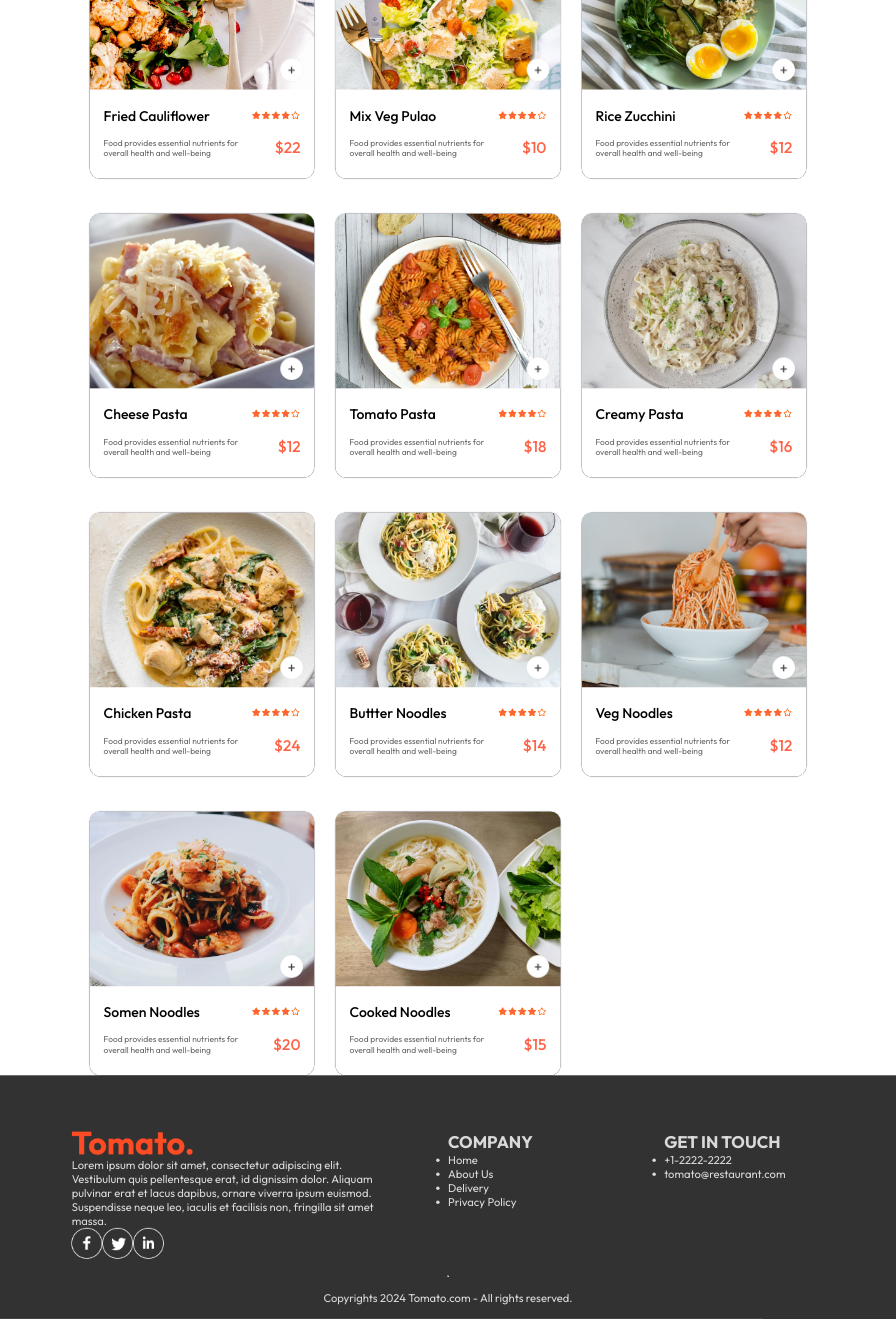
Repository: guilhermecardoso93/tomato-front-end
Page: /
These files come from the project's save history. The page is drawn as it stood at one moment and after a run of saves; the edit follows.
The browser window is 1280 px wide. The pictures show the part of the page from y = 4103 to 6023 px (the page is 5987 px tall before and 6023 px after), at 70% of full size.
The project was rebuilt for these pictures with package versions that can differ from the ones it lists, and the page was loaded fresh each time. Also part of the build but not shown: vite.config.js, src/pages/Cart/styles.css, src/pages/Cart/index.jsx, src/pages/PlaceOrder/styles.css, src/pages/PlaceOrder/index.jsx.

Above is the page before, as saved 2024-10-31 18:55:13.

After the next 2 saves:
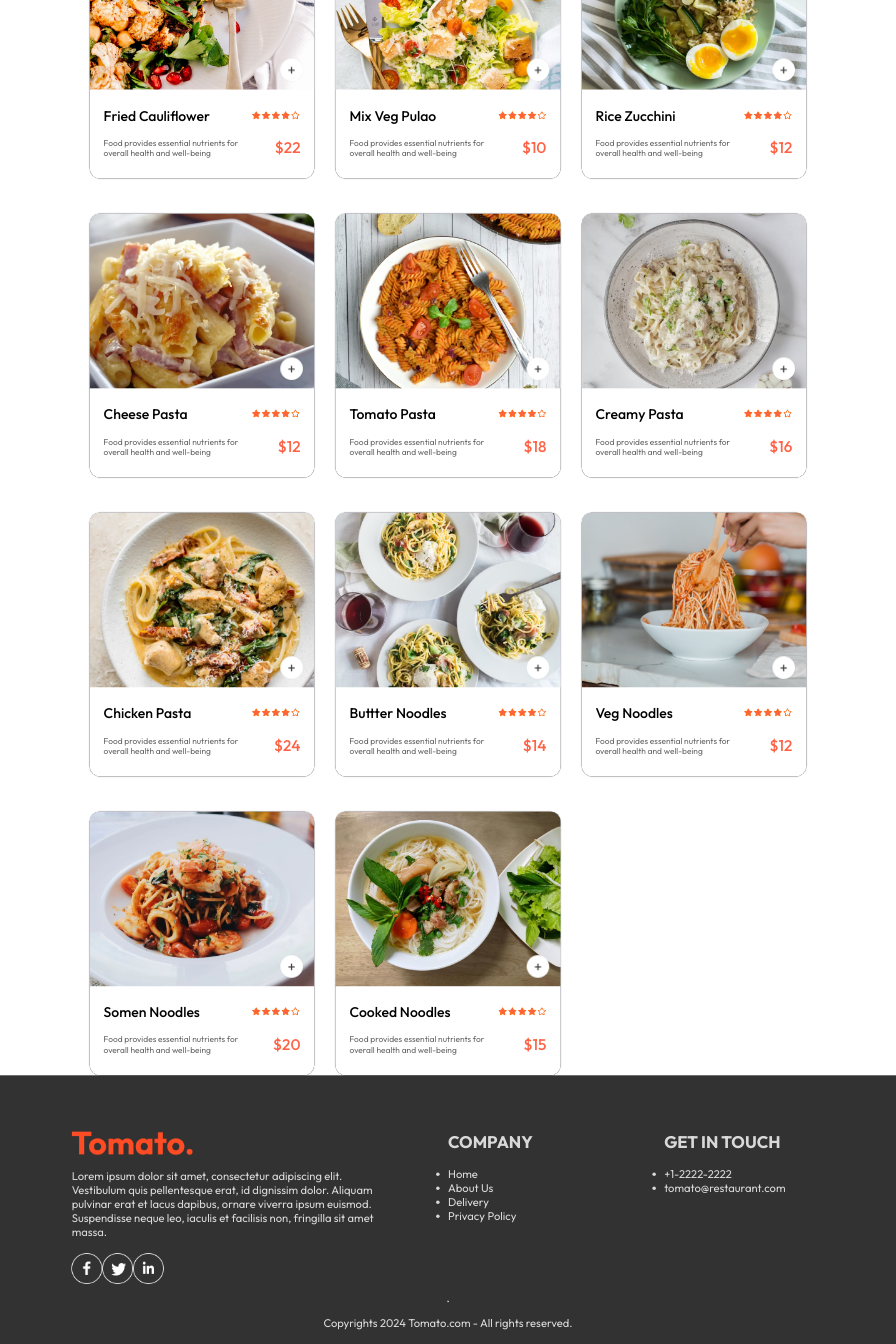
The 2 saves are shown as one change because they came seconds apart.
The last was saved 42 s later.
--- a/src/components/Footer/styles.css
+++ b/src/components/Footer/styles.css
@@ -15,6 +15,10 @@ footer {
   grid-template-columns: 2fr 1fr 1fr;
   gap: 80px;
 }
-.footer-left {
 
+.footer-left, .footer-right, .footer-center {
+  display: flex;
+  flex-direction: column;
+  align-items: start;
+  gap: 20px;
 }
